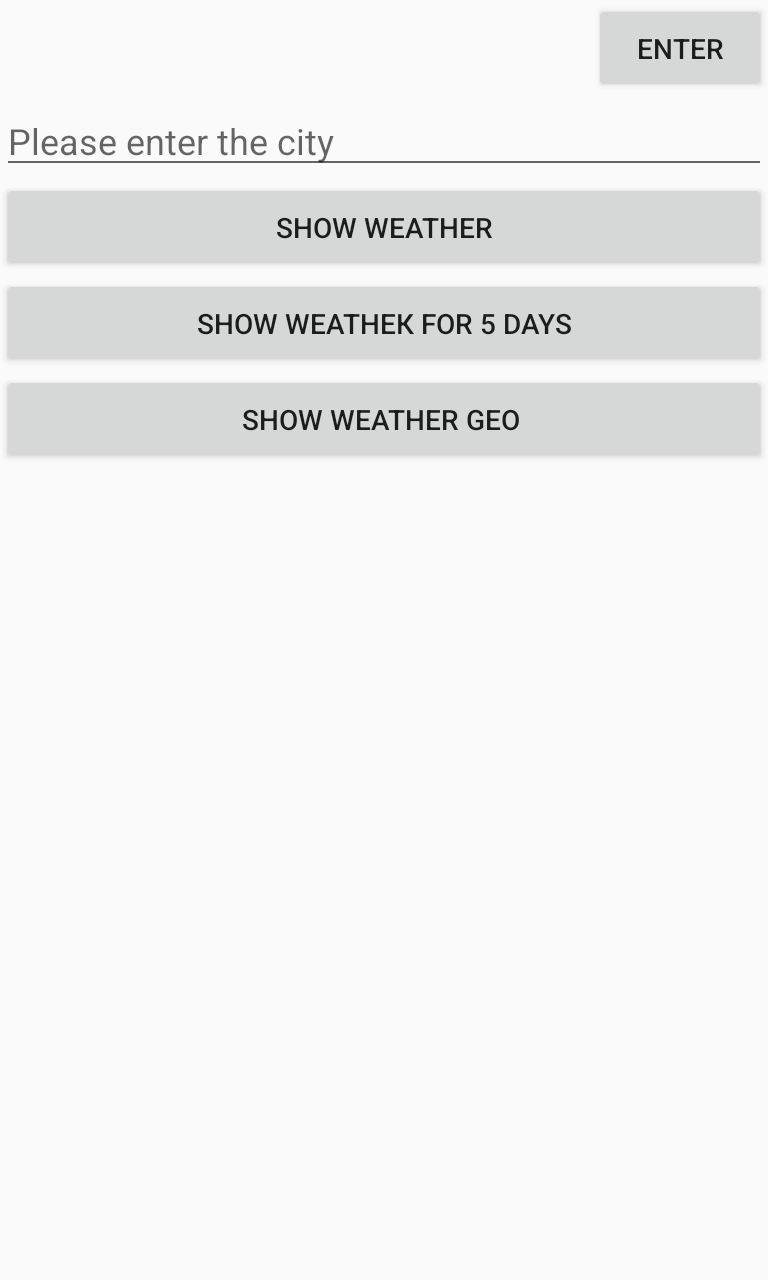
Repository: alexWr/weather-app
Layout: OpenWeatherT/res/layout/main.xml
These files come from the project's save history. The layout is drawn as it stood at one moment and after the next save; the edit follows.
It is drawn on a 768 x 1280 px phone screen (xhdpi) without system bars, with theme AppTheme; the app's code is not run.

Above is the layout before, as saved 2014-10-17 07:08:17.

After the next save:
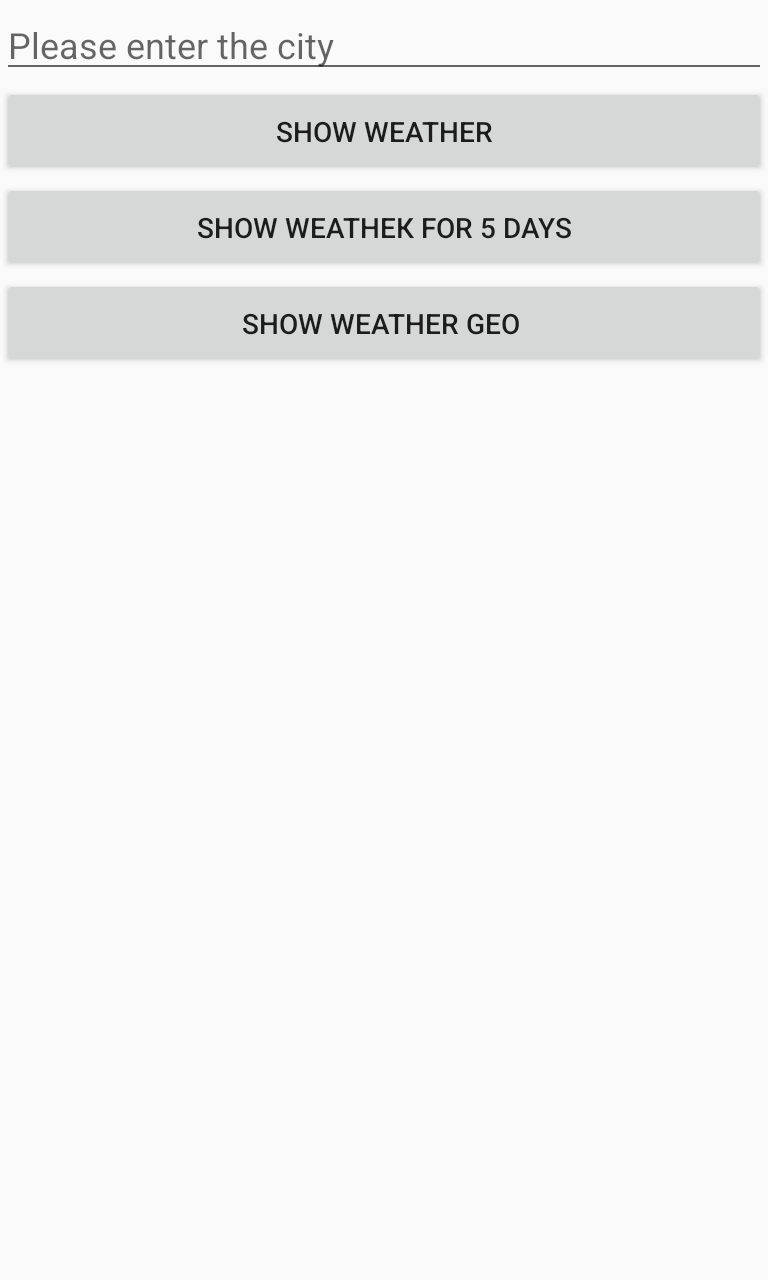
Saved 53 s later.
--- a/OpenWeatherT/res/layout/main.xml
+++ b/OpenWeatherT/res/layout/main.xml
@@ -3,12 +3,6 @@
     android:layout_width="fill_parent"
     android:layout_height="fill_parent"
     android:orientation="vertical"     >
-    <Button
-		android:layout_width="wrap_content"
-		android:layout_height="wrap_content"
-		android:layout_gravity="right"
-		android:text="Enter"
-		android:id="@+id/btnEnter"/>
     <EditText
 		android:layout_width="match_parent"
 	    android:layout_height="wrap_content"
